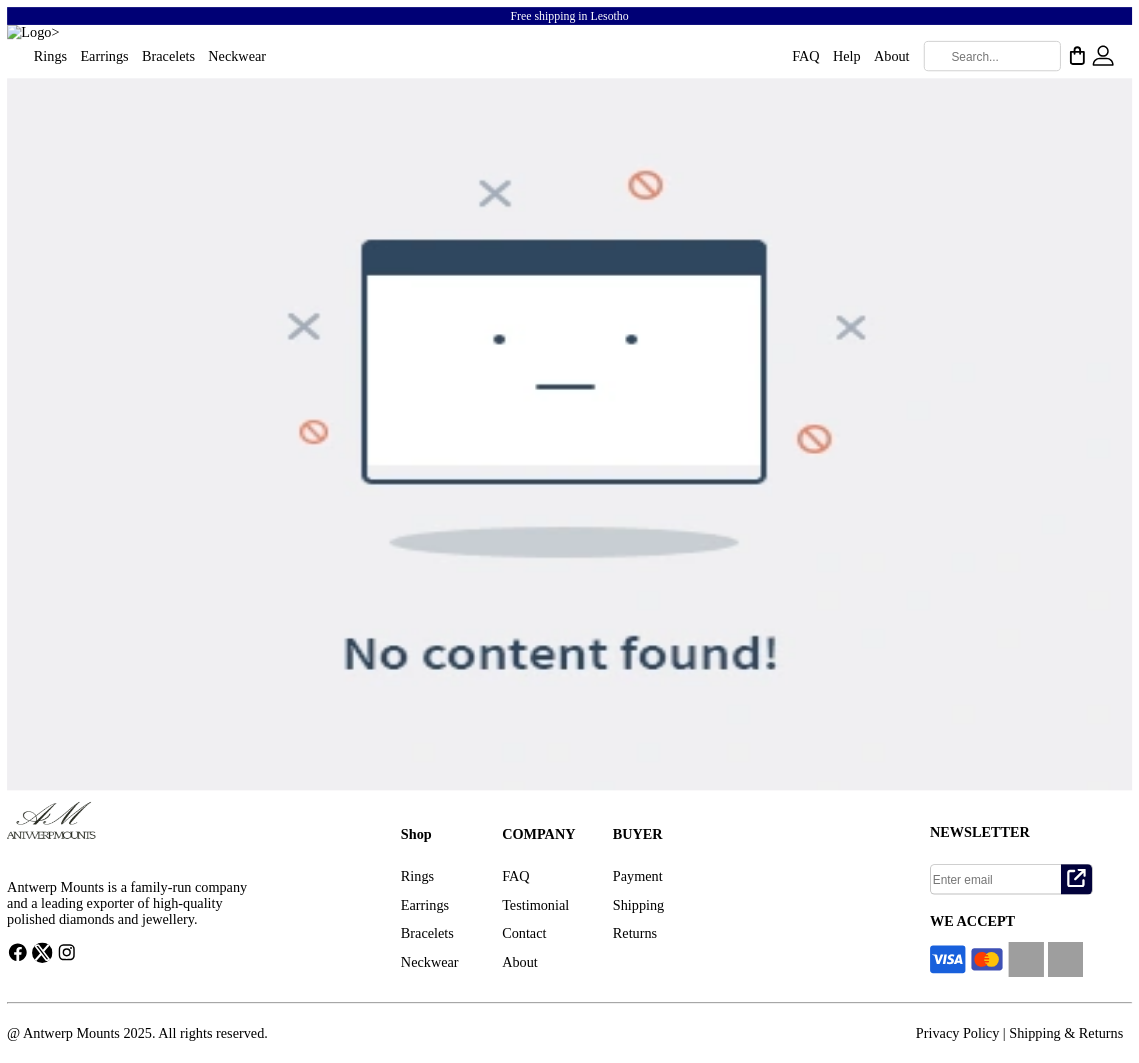
Repository: kea-0424/Web-Development-Project-1
Page: First_collaboration/JewelarySite.html
An editor plug-in stored every save of this project. The page is shown before and after the next save, followed by the edit.
The browser window is 1280 px wide. The pictures show the whole page, at 89% of full size.
Pictures or frames that could not be fetched are drawn as grey boxes.

Above is the page before, as saved 2025-01-23 10:53:24.

After the next save:
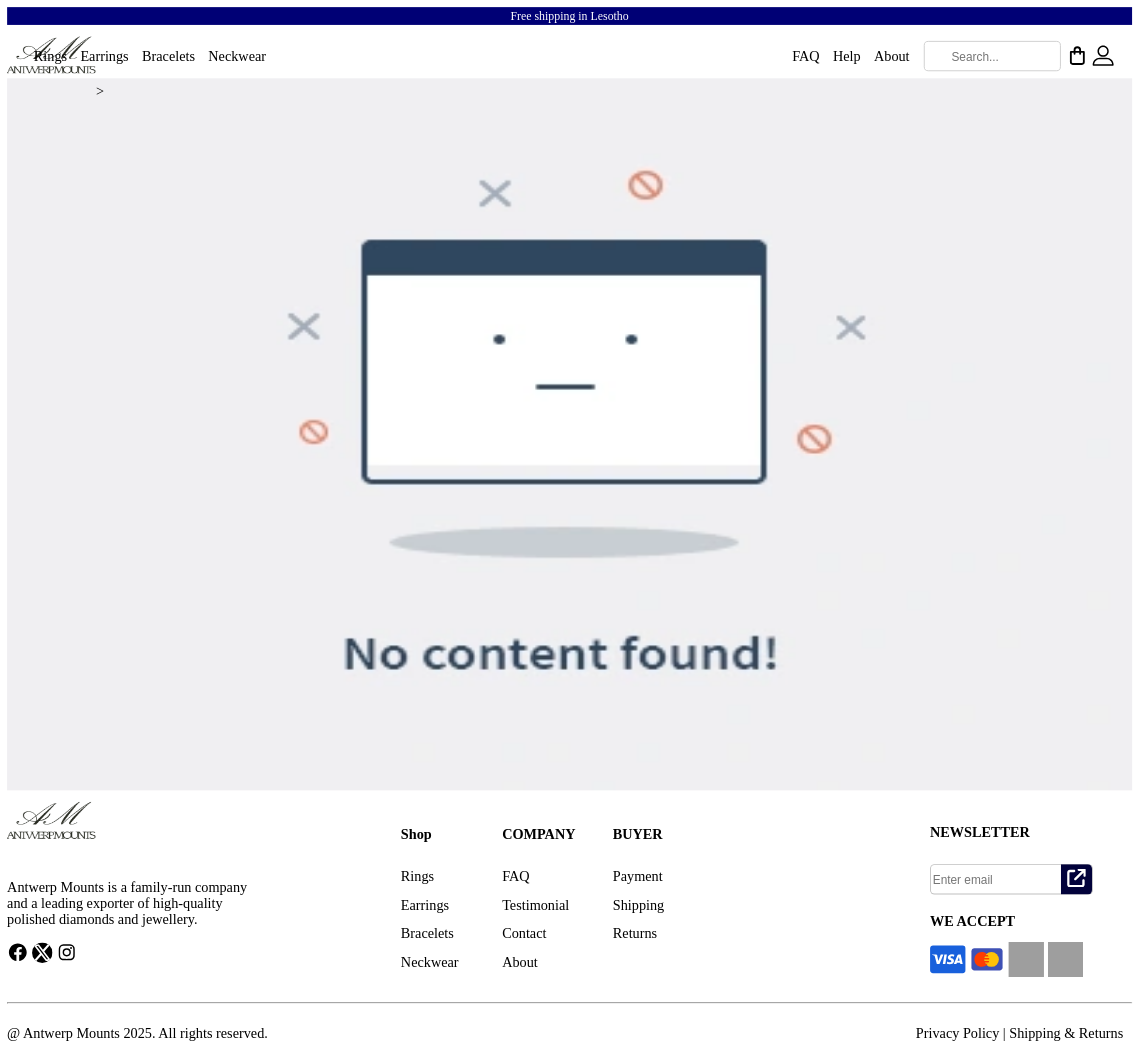
Saved 5 s later.
--- a/First_collaboration/JewelarySite.html
+++ b/First_collaboration/JewelarySite.html
@@ -20,7 +20,7 @@
                 </ul>
 
             <div class="logo_container">
-<img src="" alt="Logo" class="main_logo" id="Nav_logo">>
+<img src="Main_Logo-removebg-preview.png" alt="Logo" class="main_logo" id="Nav_logo">>
             </div>
                 <ul class="navigations" id="left_nav">
                     <li class="navbar_links"><a href="#">FAQ</a></li>
